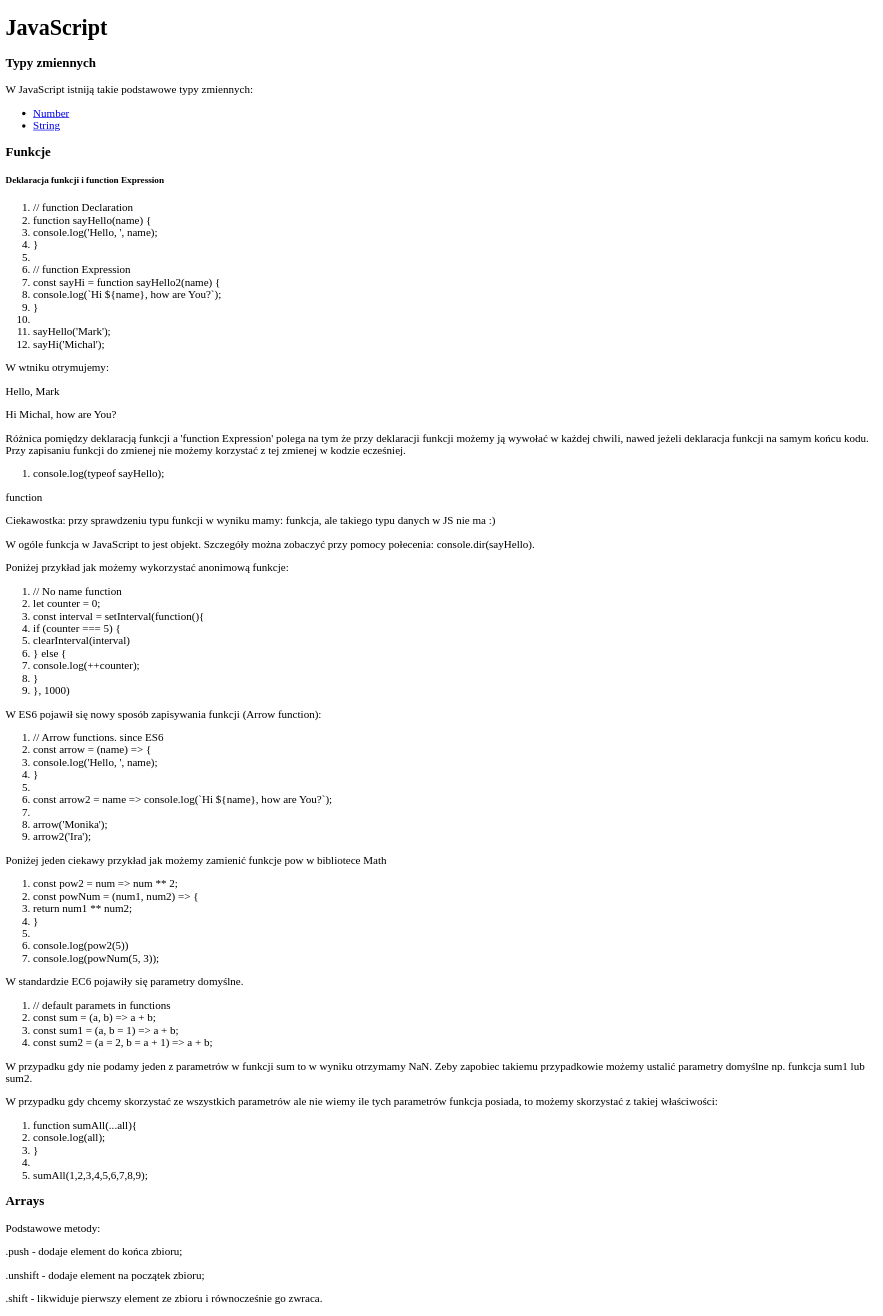
Repository: romanstetsiuk1/JS_learn
Page: noteJavaScript.html
These files come from the project's save history. The page is drawn as it stood at one moment and after the next save; the edit follows.
The browser window is 1280 px wide. The pictures show the whole page, at 69% of full size.

Above is the page before, as saved 2020-09-08 17:29:22.

### noteJavaScript.html
<!DOCTYPE html>
<html lang="en, pl">
<head>
  <meta charset="UTF-8">
  <title>Java Script</title>
</head>
<body>

  <main>
    <h1>JavaScript</h1>

    <article>
      <h3>Typy zmiennych</h3>
      <p>W JavaScript istniją takie podstawowe typy zmiennych:</p>
      <ul>
        <li><a href="number.html">Number</a></li>
        <li><a href="stringType.html">String</a></li>
      </ul>
    </article>

    <article>
      <h3>Funkcje</h3>
      <h5>Deklaracja funkcji i function Expression</h5>
        <div class="vsCode">
          <ol>
            <li>// function Declaration</li>
            <li>function sayHello(name) {</li>
            <li>  console.log('Hello, ', name);</li>
            <li>}</li>
            <li></li>
            <li>// function Expression</li>
            <li>const sayHi = function sayHello2(name) {</li>
            <li>console.log(`Hi ${name}, how are You?`);</li>
            <li>}</li>
            <li></li>
            <li>sayHello('Mark');</li>
            <li>sayHi('Michal');</li>
          </ol>
        </div>
        <p>W wtniku otrymujemy:</p>
        <div class="resultInConsole">
          <p>Hello,  Mark</p>
          <p>Hi Michal, how are You?</p>
        </div>
        <p>Różnica pomiędzy deklaracją funkcji a 'function Expression'
          polega na tym że przy deklaracji funkcji możemy ją wywołać w
          każdej chwili, nawed jeżeli deklaracja funkcji na samym końcu
          kodu. Przy zapisaniu funkcji do zmienej nie możemy korzystać
          z tej zmienej w kodzie ecześniej.
        </p>
        <div class="vsCode">
          <ol>
            <li>console.log(typeof sayHello);</li>
          </ol>
        </div>
        <div class="resultInConsole">
          <p>function</p>
        </div>
        <p>Ciekawostka: przy sprawdzeniu typu funkcji w wyniku mamy: funkcja,
          ale takiego typu danych w JS nie ma :)
        </p>
        <p>W ogóle funkcja w JavaScript to jest objekt. Szczegóły można zobaczyć
          przy pomocy połecenia: console.dir(sayHello).
        </p>

        <p>Poniżej przykład jak możemy wykorzystać anonimową funkcje:</p>
        <div class="vsCode">
          <ol>
            <li>// No name function</li>
            <li>let counter = 0;</li>
            <li>const interval = setInterval(function(){</li>
            <li>if (counter === 5) {</li>
            <li>clearInterval(interval)</li>
            <li>} else {</li>
            <li>console.log(++counter);</li>
            <li>}</li>
            <li>}, 1000)</li>
          </ol>
        </div>

        <p>W ES6 pojawił się nowy sposób zapisywania funkcji (Arrow function):</p>
        <div class="vsCode">
          <ol>
            <li>// Arrow functions. since ES6</li>
            <li>const arrow = (name) => {</li>
            <li>console.log('Hello, ', name);</li>
            <li>}</li>
            <li></li>
            <li>const arrow2 = name => console.log(`Hi ${name}, how are You?`);</li>
            <li></li>
            <li>arrow('Monika');</li>
            <li>arrow2('Ira');</li>
          </ol>
        </div>

        <p>Poniżej jeden ciekawy przykład jak możemy zamienić funkcje pow w
          bibliotece Math
        </p>
        <div class="vsCode">
          <ol>
            <li>const pow2 = num => num ** 2;</li>
            <li>const powNum = (num1, num2) => {</li>
            <li>return num1 ** num2;</li>
            <li>}</li>
            <li></li>
            <li>console.log(pow2(5))</li>
            <li>console.log(powNum(5, 3));</li>
          </ol>
        </div>

        <p>W standardzie EC6 pojawiły się parametry domyślne.</p>
        <div class="vsCode">
          <ol>
            <li>// default paramets in functions</li>
            <li>const sum = (a, b) => a + b;</li>
            <li>const sum1 = (a, b = 1) => a + b;</li>
            <li>const sum2 = (a = 2, b = a + 1) => a + b;</li>
          </ol>
        </div>
        <p>W przypadku gdy nie podamy jeden z parametrów w funkcji sum
          to w wyniku otrzymamy NaN. Zeby zapobiec takiemu przypadkowie
          możemy ustalić parametry domyślne np. funkcja sum1 lub sum2.
        </p>

        <p>W przypadku gdy chcemy skorzystać ze wszystkich parametrów ale nie wiemy
          ile tych parametrów funkcja posiada, to możemy skorzystać z takiej właściwości:
        </p>
        <div class="vsCode">
          <ol>
            <li>function sumAll(...all){</li>
            <li>console.log(all);</li>
            <li>}</li>
            <li></li>
            <li>sumAll(1,2,3,4,5,6,7,8,9);</li>
          </ol>
        </div>

    </article>
    <article>
      <h3>Arrays</h3>
      <p>Podstawowe metody:</p>
      <p>.push - dodaje element do końca zbioru;</p>
      <p>.unshift - dodaje element na początek zbioru;</p>
      <p>.shift - likwiduje pierwszy element ze zbioru i równocześnie go zwraca.</p>

    </article>

  </main>


  <!-- <script src="functionExample.js"></script> -->
  <script src="arraysExample.js"></script>
</body>
</html>

### arraysExample.js
const names = ['Leo', 'Nina', 'Mark', 'Dominika'];

// Method
names.push('Jack');
console.log(names);
names.unshift('Marta');
console.log(names);

const firstItem = names.shift();
console.log(firstItem);
console.log(names);

const lastItem = names.pop();
console.log(lastItem);
console.log(names);

After the next save:
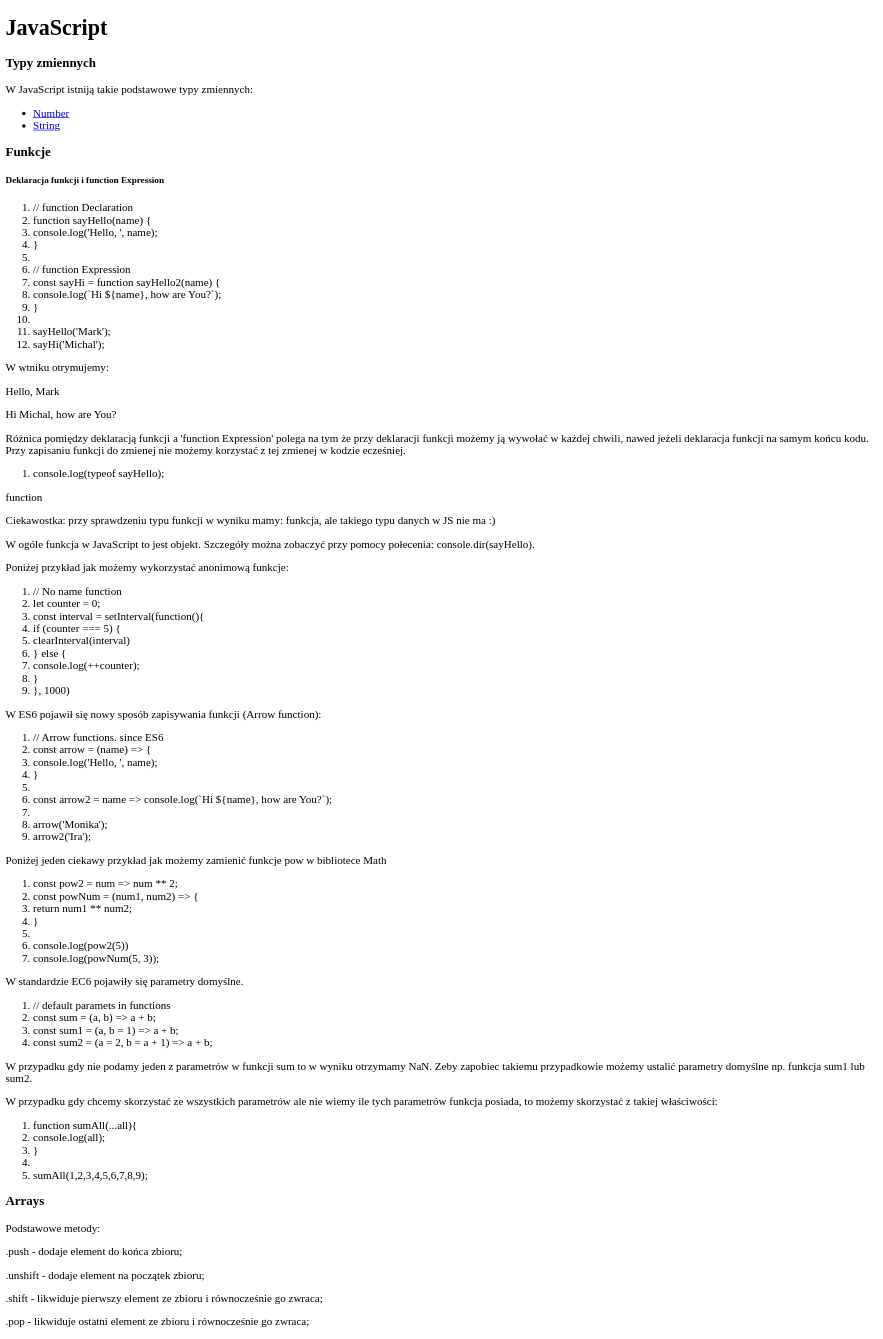
Saved 45 s later.
--- a/noteJavaScript.html
+++ b/noteJavaScript.html
@@ -141,7 +141,8 @@
       <p>Podstawowe metody:</p>
       <p>.push - dodaje element do końca zbioru;</p>
       <p>.unshift - dodaje element na początek zbioru;</p>
-      <p>.shift - likwiduje pierwszy element ze zbioru i równocześnie go zwraca.</p>
+      <p>.shift - likwiduje pierwszy element ze zbioru i równocześnie go zwraca;</p>
+      <p>.pop - likwiduje ostatni element ze zbioru i równocześnie go zwraca;</p>
 
     </article>
 
